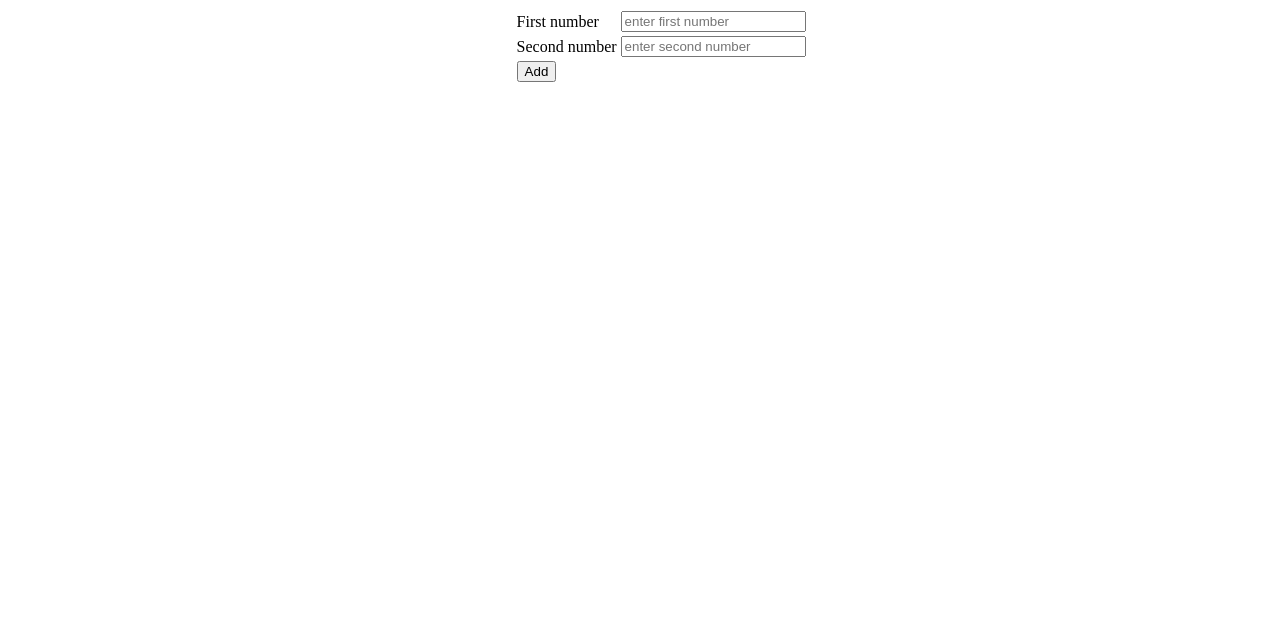
Repository: vima107/JDBC-CRUD-OPERATIONS
Page: addition/src/main/webapp/index.html
An editor plug-in stored every save of this project. The page is shown before and after the next save, followed by the edit.
The browser window is 1280 px wide. The pictures show the whole page.

Above is the page before, as saved 2024-10-09 10:42:58.

After the next save:
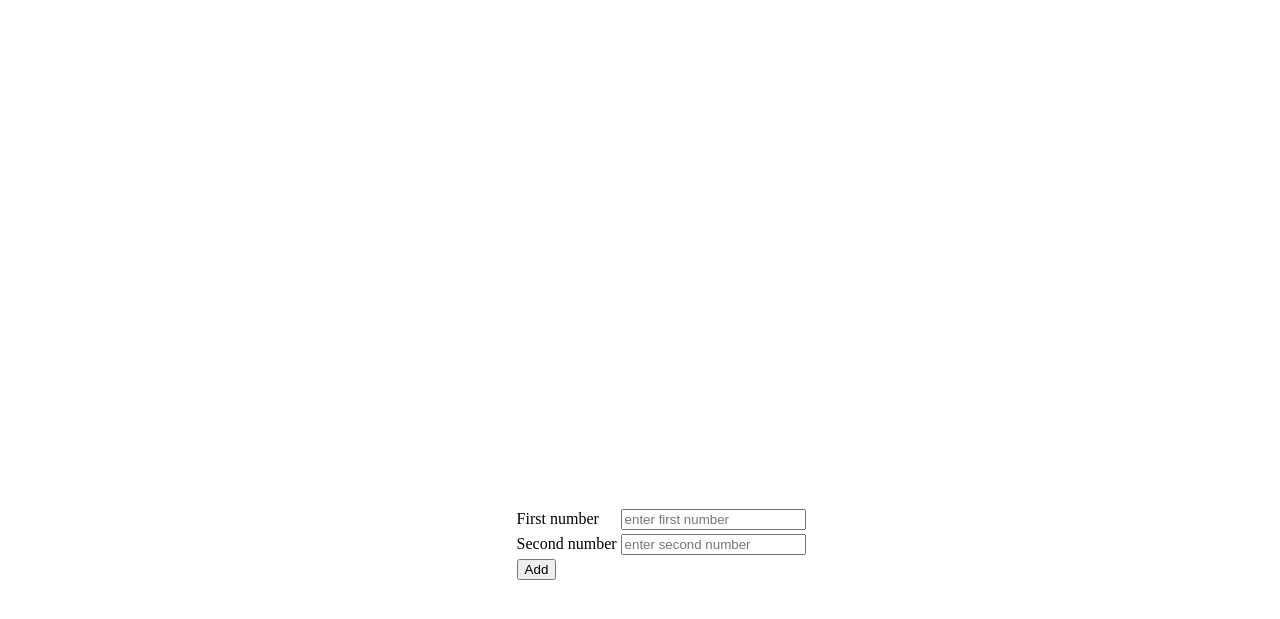
Saved 28 s later.
--- a/addition/src/main/webapp/index.html
+++ b/addition/src/main/webapp/index.html
@@ -6,7 +6,7 @@
 </head>
 <body>
 
-	<table style="margin-left:40%">
+	<table style="margin-left:40%;margin-top:40%">
 	<form action="/addition/Add">
 		<tr>
 			<td>First number</td>
